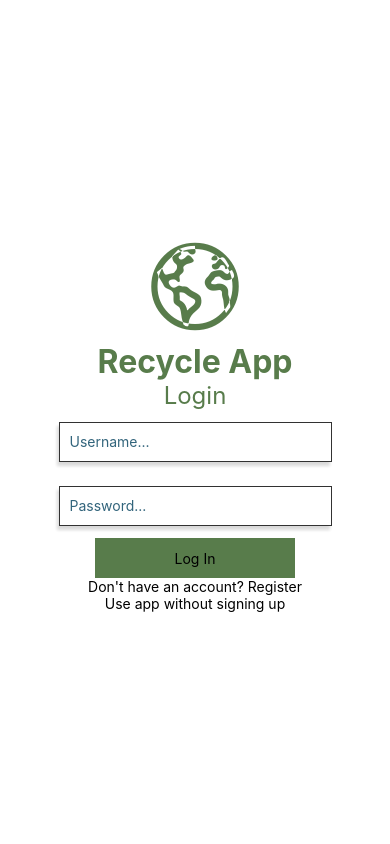
Repository: ct-pham/COMP4511
Screen: / (app in comp4511/)
These files come from the project's save history. The screen is drawn as it stood at one moment and after a run of saves; the edit follows.
The app was drawn by React Native's web renderer in a window 390 px wide. The project was rebuilt for these pictures with package versions that can differ from the ones it lists, and the page was loaded fresh each time.

Above is the screen before, as saved 2022-11-07 15:48:02.

### comp4511/App.js

// import { NavigationContainer } from 'react-navigation/native';
// import { createNativeStackNavigator } from 'react-navigation/native-stack';
import Login from './Components/Login';
//import Register from './Components/Register';

export default function App() {
  return (
    // <NavigationContainer>
    //   <Stack.Navigator initialRouteName="Home">
    //     <Stack.Screen name="Login" component={Login} />
    //     <Stack.Screen name="Register" component={Register} />
    //   </Stack.Navigator>
    // </NavigationContainer>
    <Login />
  );
}

### comp4511/Components/Login.js
import {
    StyleSheet,
    Text,
    View,
    TextInput,
    TouchableOpacity,
} from 'react-native';

import Icon from 'react-native-vector-icons/Ionicons';

export default function Login( {navigation}) {
    return (
        <View style={styles.container}>
            <View>
                <Icon
                    name = "earth-outline"
                    size = {100}
                    color = "#587C4B"
                />
            </View>

            <Text style = {styles.title}>Recycle App</Text>
            <Text style = {styles.subtitle}>Login</Text>
            <View style={styles.inputView}>
                <TextInput
                    style={styles.TextInput}
                    placeholder="Username..."
                    placeholderTextColor="#003f5c"
                />
            </View>

            <View style={styles.inputView}>
                <TextInput
                    style={styles.TextInput}
                    placeholder="Password..."
                    placeholderTextColor="#003f5c"
                    secureTextEntry={true}
                />
            </View>

            <TouchableOpacity style = {styles.btnStyle}>
                <Text style={styles.loginBtn}>Log In</Text>
            </TouchableOpacity>

            <TouchableOpacity
                onPress = {console.log('Register')}
            >
                <Text style={styles.loginBtn}>Don't have an account? Register</Text>
            </TouchableOpacity>

            <TouchableOpacity>
                <Text style={styles.loginBtn}>Use app without signing up</Text>
            </TouchableOpacity>

        </View>
    );
}

const styles = StyleSheet.create({
    container: {
        flex: 1,
        backgroundColor: '#ffffff',
        alignItems: 'center',
        justifyContent: 'center',
    },
    inputView: {
        backgroundColor: '#ffffff',
        borderWidth: 1,
        borderColor: '#000000',
        height: 40,
        width: '70%',
        margin: 12,
        borderWidth: 1,
        padding: 10,
        shadowColor: '#171717',
        shadowOffset: {width: -2, height: 4},
        shadowOpacity: 0.2,
        shadowRadius: 3,
        opacity: 0.8,
    },
    button: {
        borderRadius: 25,
    },
    btnStyle: {
        backgroundColor: '#587C4B',
        width: 200,
        height: 40,
        alignItems: 'center',
        justifyContent: 'center',
    },
    title: {
        fontSize: 32,
        fontWeight: 'bold',
        color: '#587C4B',
    },
    subtitle: {
        fontSize: 24,
        fontWeight: 'semibold',
        color: '#587C4B',
    },
});

After the next 2 saves:
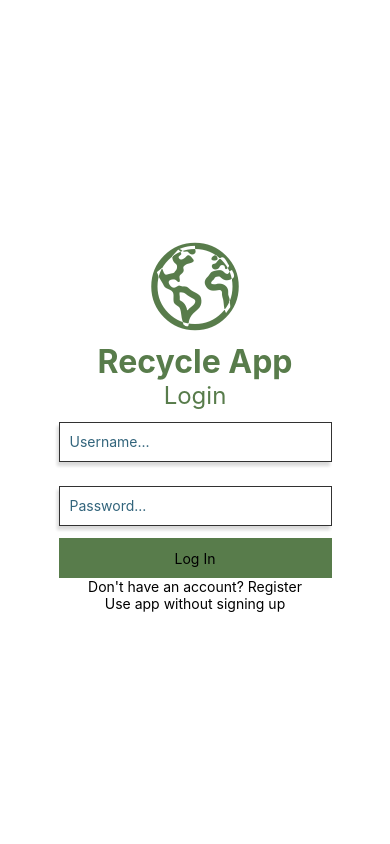
The 2 saves are shown as one change because 1 did not build or start.
The last was saved 29 s later.
--- a/comp4511/Components/Login.js
+++ b/comp4511/Components/Login.js
@@ -83,7 +83,7 @@ const styles = StyleSheet.create({
     },
     btnStyle: {
         backgroundColor: '#587C4B',
-        width: 200,
+        width: '70%',
         height: 40,
         alignItems: 'center',
         justifyContent: 'center',
